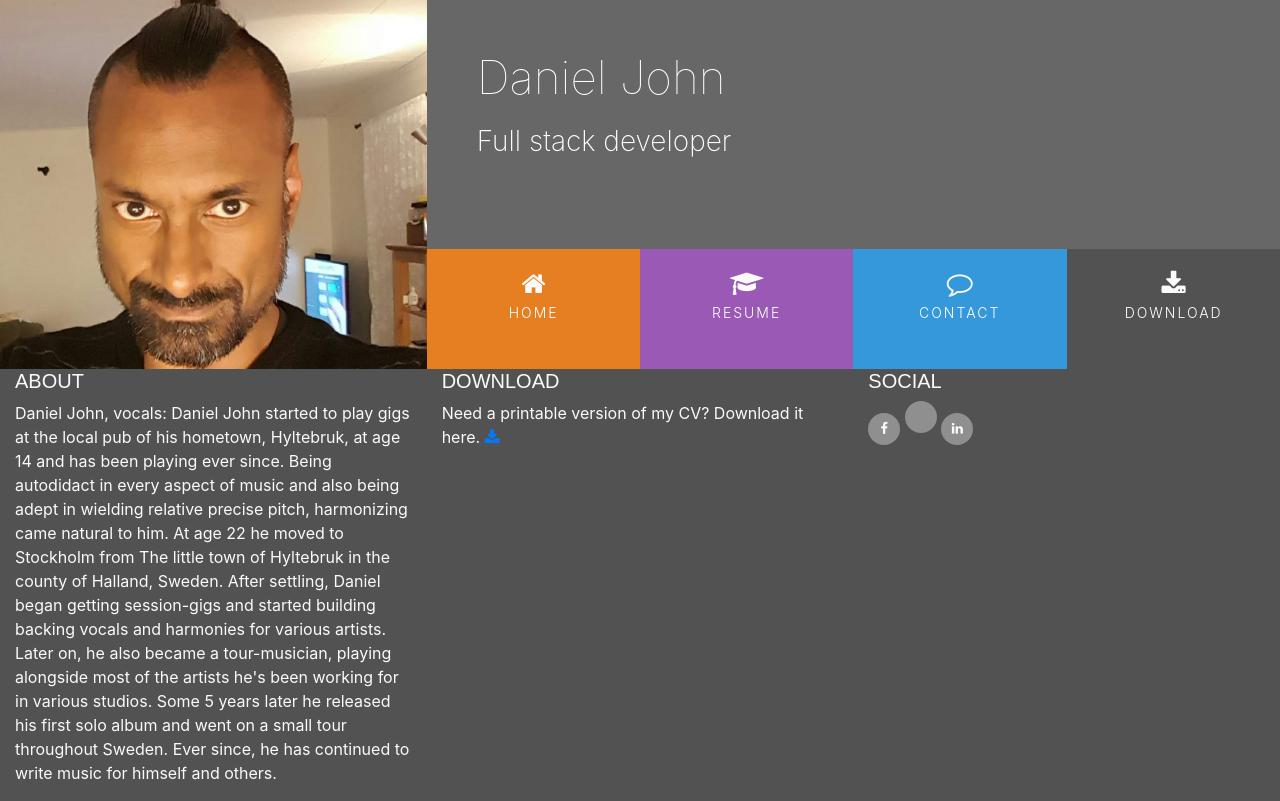
Repository: Jadehammar/initial-commit
Page: index.html
The author's editor kept a record of every edit. The page is drawn from the files as they stood at one moment, then again after the next edit.
The browser window is 1280 px wide. The pictures show the whole page.

Above is the page before.

### index.html
<!DOCTYPE html>
<html lang="en">

<head>
    <meta charset="UTF-8">
    <meta name="viewport" content="width=device-width, initial-scale=1.0">
    <meta http-equiv="X-UA-Compatible" content="ie=edge">
    <link rel="stylesheet" href="https://stackpath.bootstrapcdn.com/font-awesome/4.7.0/css/font-awesome.min.css" type="text/css" />
    <link rel="stylesheet" href="https://cdnjs.cloudflare.com/ajax/libs/hover.css/2.3.1/css/hover-min.css" type="text/css" />
    <link rel="stylesheet" href="https://stackpath.bootstrapcdn.com/bootstrap/4.3.1/css/bootstrap.min.css" type="text/css" />
    <link rel="stylesheet" href="assets/css/style.css" type="text/css" />
    <title>Daniel John</title>
</head>

<body>
    <header>
        <div class="row no-gutters">
            <a href="index.html" class="col-md-4 logo"></a>
            <div class="col-md-8">
                <div class="row no-gutters bg-color-name-title">
                    <div class="col heading">
                        <h1 class="name">Daniel John</h1>
                        <h2 class="title">Full stack developer</h2>
                    </div>
                </div>
                <div class="row no-gutters">
                    <div class="col">
                        <ul id="nav" class="list-inline menucontainer">
                            <li class="col-6 col-sm-3 ui-menue-color-home list-inline-item menueitem">
                                <a href="#" class="hvr-sweep-to-bottom"><i class="fa fa-home" aria-hidden="true"></i><span>Home</span></a>
                            </li>
                            <li class="col-6 col-sm-3 ui-menue-color-resume list-inline-item menueitem">
                                <a href="#" class="hvr-sweep-to-bottom"><i class="fa fa-graduation-cap" aria-hidden="true"></i><span>Resume</span></a>
                            </li>
                            <li class="col-6 col-sm-3 ui-menue-color-contact list-inline-item menueitem">
                                <a href="#" class="hvr-sweep-to-bottom"><i class="fa fa-comment-o" aria-hidden="true"></i><span>Contact</span></a>
                            </li>
                            <li class="col-6 col-sm-3 ui-menue-color-download list-inline-item menueitem">
                                <a href="#" class="hvr-sweep-to-bottom"><i class="fa fa-download" aria-hidden="true"></i><span>Download</span></a>
                            </li>

                        </ul>
                    </div>
                </div>
            </div>
    </header>
    <section>

    </section>
    <footer class="container-fluid">
        <div class="row">
            <div class="col-sm-4">
                <h5 class="uppercase general-sub">About</h5>
                <p class="inline-block">
                    Daniel John, vocals: Daniel John started to play gigs at the local pub of his hometown, Hyltebruk, at age 14 and has been playing ever since. Being autodidact in every aspect of music and also being adept in wielding relative precise pitch, harmonizing came natural to him. At age 22 he moved to Stockholm from The little town of Hyltebruk in the county of Halland, Sweden. After settling, Daniel began getting session-gigs and started building backing vocals and harmonies for various artists. Later on, he also became a tour-musician, playing alongside most of the artists he's been working for in various studios. Some 5 years later he released his first solo album and went on a small tour throughout Sweden. Ever since, he has continued to write music for himself and others.
                </p>
            </div>
            <div class="col-sm-4">
                <h5 class="uppercase general-sub">Download</h5>
                <p class="inline-block">
                    Need a printable version of my CV? Download it here.
                    <a href="#" taraget="_blank" class="CV-pdf">
                        <i class="fa fa-download" aria-hidden="true"></i>
                        <span class="sr-only">Download link.</span>
                    </a>
                </p>
            </div>
            <div class="col-sm-4">
                <h5 class="uppercase general-sub">social</h5>
                <ul class="list-inline social-links">
                    <li class="list-inline-item">
                        <a target="_blank" href="#">
                            <i class="fa fa-facebook" aria-hidden="true"></i>
                            <span class="sr-only">Facebook</span>
                        </a>
                    </li>
                    <li class="list-inline-item">
                        <a target="_blank" href="#">
                            <i class="fa fa-Twitter" aria-hidden="true"></i>
                            <span class="sr-only">Twitter</span>
                        </a>
                    </li>
                    <li class="list-inline-item">
                        <a target="_blank" href="#">
                            <i class="fa fa-linkedin" aria-hidden="true"></i>
                            <span class="sr-only">LinkedIn</span>
                        </a>
                    </li>
                </ul>
            </div>
        </div>

    </footer>

</body>

</html>

### assets/css/style.css
@import url('https://fonts.googleapis.com/css?family=Roboto:100,200,300,400,500,600,700│exo:100,200,300,400,500,600,700');

/*---------------------------------------------color-------------------------------------*/

.bg-color-name-title {
    background-color: #676767;
}

.bg-color-three-reasons {
    background-color: #fff;
}

.ui-menue-color-home {
    background-color: #e67e22;

}

.ui-menue-color-resume {
    background-color: #9b59b6;

}

.ui-menue-color-contact {
    background-color: #3498db;

}

.ui-menue-color-download {
    background-color: #525252;

}


/*---------------------------------------------Special padding/margins/text-------------------------------------*/

h1,
h2,
h3,
h4 {
    margin: 0;
}

.uppercase {
    text-transform: uppercase;
}

.general-sub {
    font-family: "Exo", sans-serif;
    font-weight: 300;
    color: #fafafa;
}

.inline-block {
    display: inline-block;
}

/*---------------------------------------------Heading-------------------------------------*/

header {
    margin: 0;
}

.heading {
    margin-left: 50px;

}

.logo {
    background: url("../images/närbild_p.jpg");
    background-position: center;
    background-repeat: no-repeat;
    background-size: cover;
    min-height: 360px;
    transition: all .75s ease-in-out;
    -moz-transition: all .75s ease-in-out;
    -webkit-transition: all .75s ease-in-out;
    -o-transition: all .75s ease-in-out;
}

.name {
    font-family: "Exo" sans-serif;
    font-weight: 100;
    font-size: 46px;
    margin-top: 50px;
    color: #fff;
}

.title {
    font-family: "Roboto" sans-serif;
    font-weight: 200;
    font-size: 28px;
    margin-top: 20px;
    margin-bottom: 90px;
    color: #fff;
}

.list-inline-item:not(:last-child) {
    margin: 0;
}

.menucontainer {
    font-size: 0;
}

#nav li {
    font-size: 14px;
    padding: 0;
}

#nav {
    margin: 0;
}

.menueitem {
    height: 120px;
    text-align: center;
    padding: 0;
}

.menueitem a {
    width: 100%;
    text-decoration: none;
    color: #fff;
    height: 120px;
}

.menueitem a i {
    padding-top: 22px;
    display: block;
    color: #fafafa;
    font-size: 26px;
}

.menueitem span {
    display: block;
    width: 100%;
    padding-top: 5px;
    text-align: center;
    text-transform: uppercase;
    font-size: 14px;
    font-weight: 300;
    letter-spacing: 2px;
}

/*---------------------------------------------Hover.css-------------------------------------*/

.hvr-sweep-to-bottom:before {
    background: rgba(0, 0, 0, 0.2);
    height: 120px;
}

/*---------------------------------------------Footer-------------------------------------*/

footer {
    background-color: #525252;
    color: #fafafa;
    min-height: 120px;
    margin: 0;
}

.cv-pdf i {
    font-size: 18px;
    color: #fafafa;
    text-align: center;
    padding-left: 5px;
    transition: all 0.35s ease-in-out;
    -moz-transition: all 0.35s ease-in-out;
    -webkit-transition: all 0.35s ease-in-out;
    -o-transition: all 0.35 ease-in-out;
}

.cv-pdf i:hover {
    color: #e84160;
}

.social-links {
    padding-bottom: 15px;
}


.social-links li a i {
    width: 32px;
    height: 32px;
    padding: 12px 0;
    border-radius: 50%;
    font-size: 13px;
    line-height: 7px;
    text-align: center;
    color: #fafafa;
    background: #8f8f8f;
    transition: all 0.35s ease-in-out;
    -moz-transition: all 0.35s ease-in-out;
    -webkit-transition: all 0.35s ease-in-out;
    -o-transition: all 0.35 ease-in-out;
}

.social-links li a i:hover {
    background: #e84610;
}

#footer-details {
    padding: 20px;
}

After the next edit:
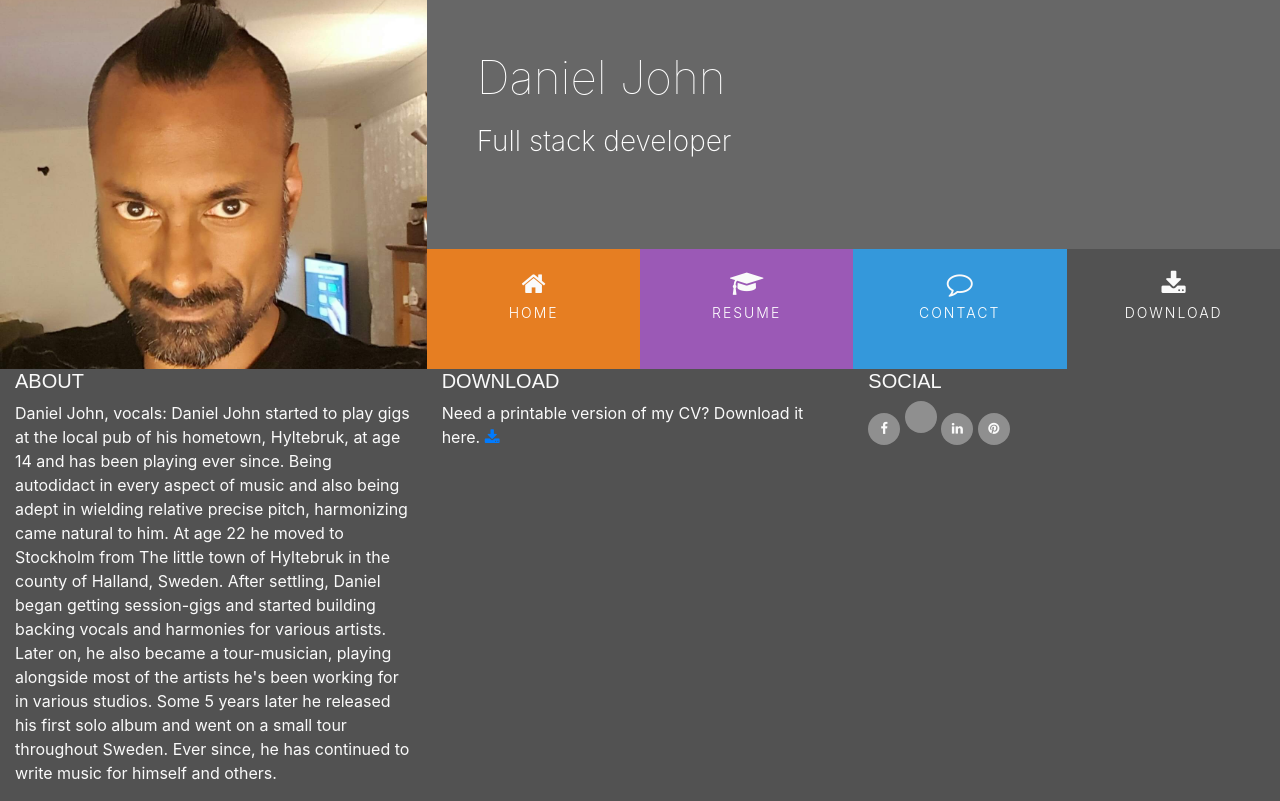
The edit:
--- a/index.html
+++ b/index.html
@@ -86,6 +86,12 @@
                             <span class="sr-only">LinkedIn</span>
                         </a>
                     </li>
+                    <li class="list-inline-item">
+                        <a target="_blank" href="#">
+                            <i class="fa fa-pinterest" aria-hidden="true"></i>
+                            <span class="sr-only">Pinterest</span>
+                        </a>
+                    </li>
                 </ul>
             </div>
         </div>
